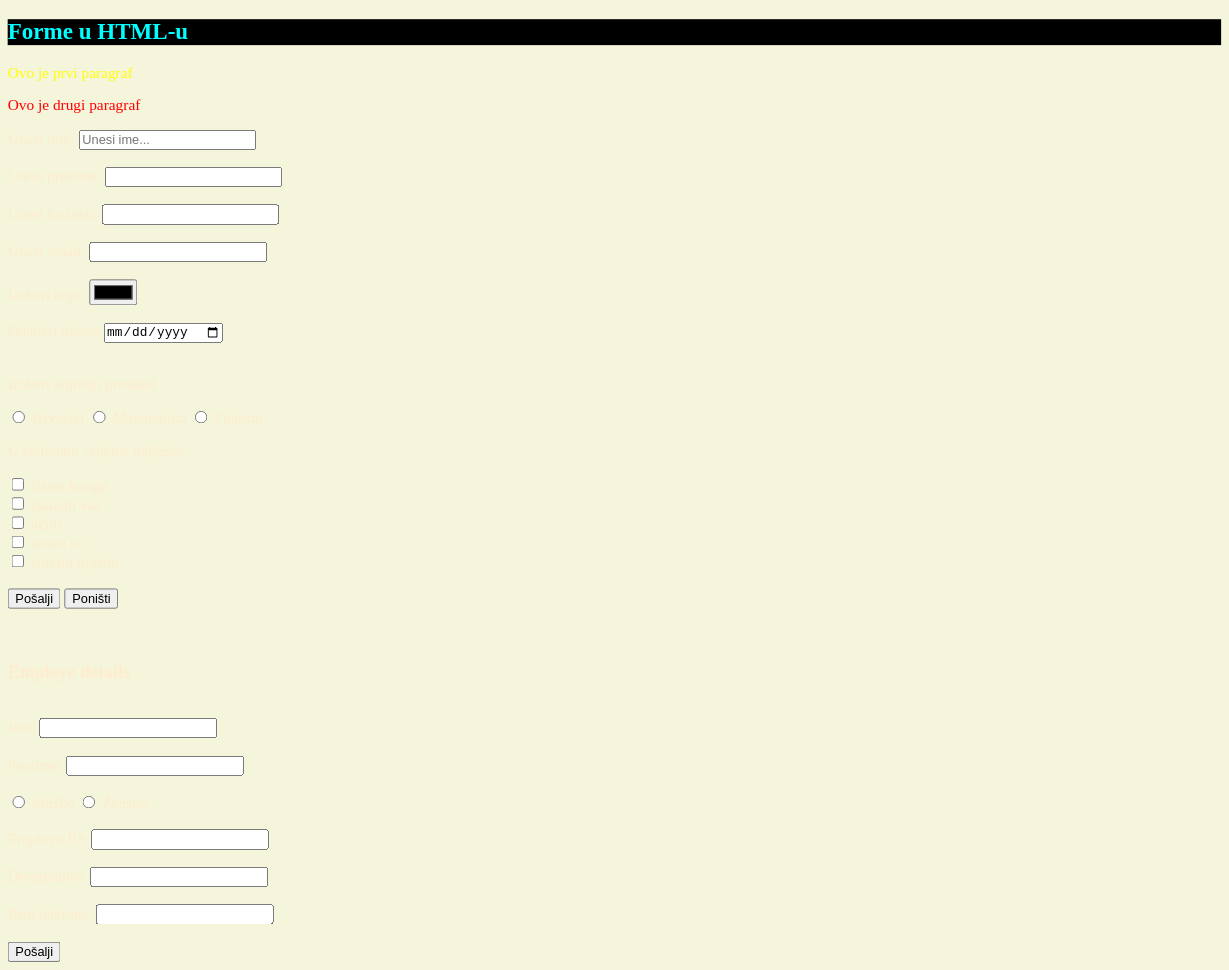
Repository: larabiondic/wp_biondic_lara
Page: forme/forme.html
An editor plug-in stored every save of this project. The page is shown before and after the next save, followed by the edit.
The browser window is 1280 px wide. The pictures show the whole page, at 96% of full size.

Above is the page before, as saved 2025-11-10 12:51:20.

After the next save:
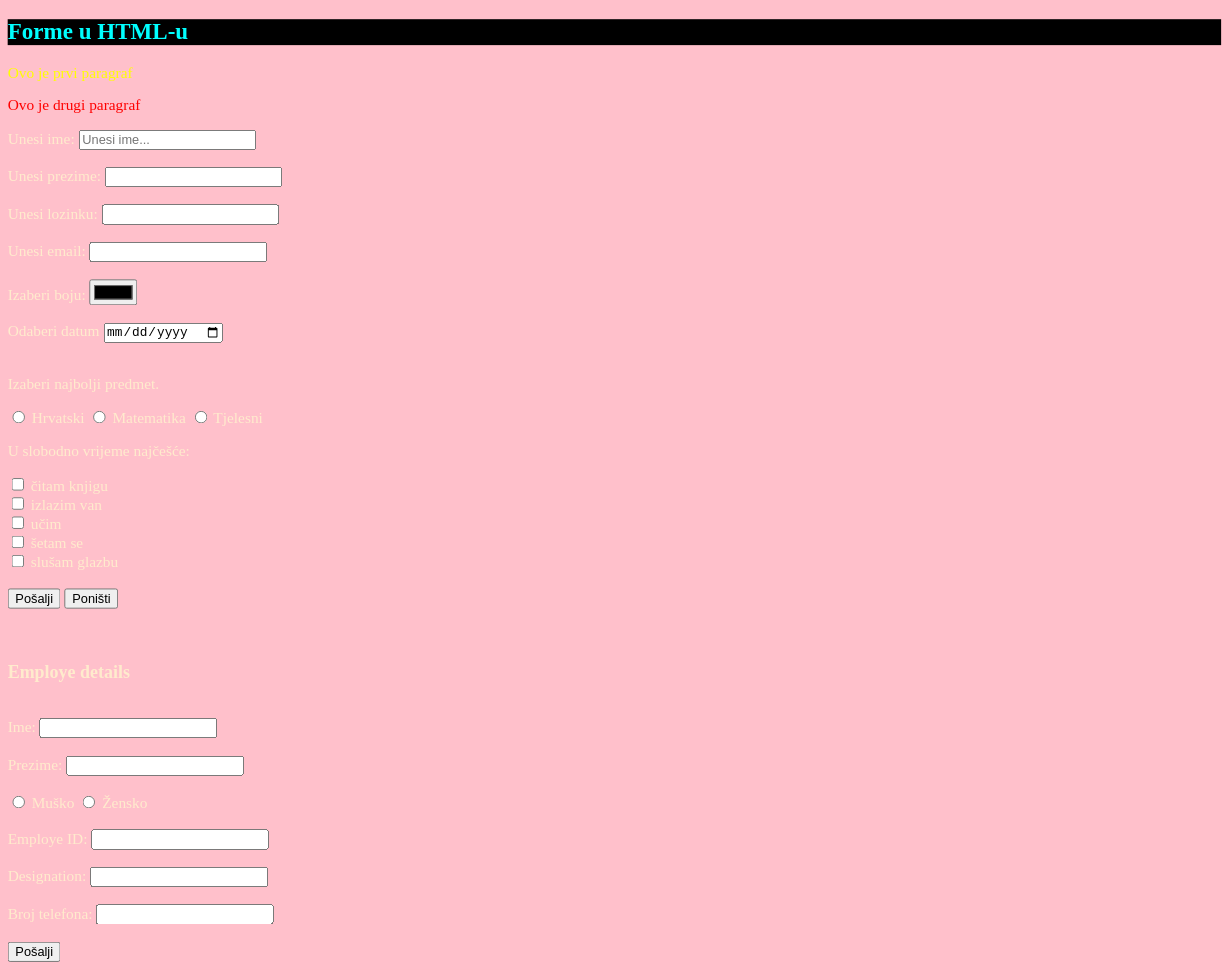
Saved 20 s later.
--- a/STYLE.CSS
+++ b/STYLE.CSS
@@ -1,7 +1,7 @@
 
 h2
  {color: aqua; background-color: black;}
- body { color: blanchedalmond; background-color: beige;}
+ body { color: blanchedalmond; background-color: pink;}
 
 
  /* pristup preko ID-a */

After the save that followed:
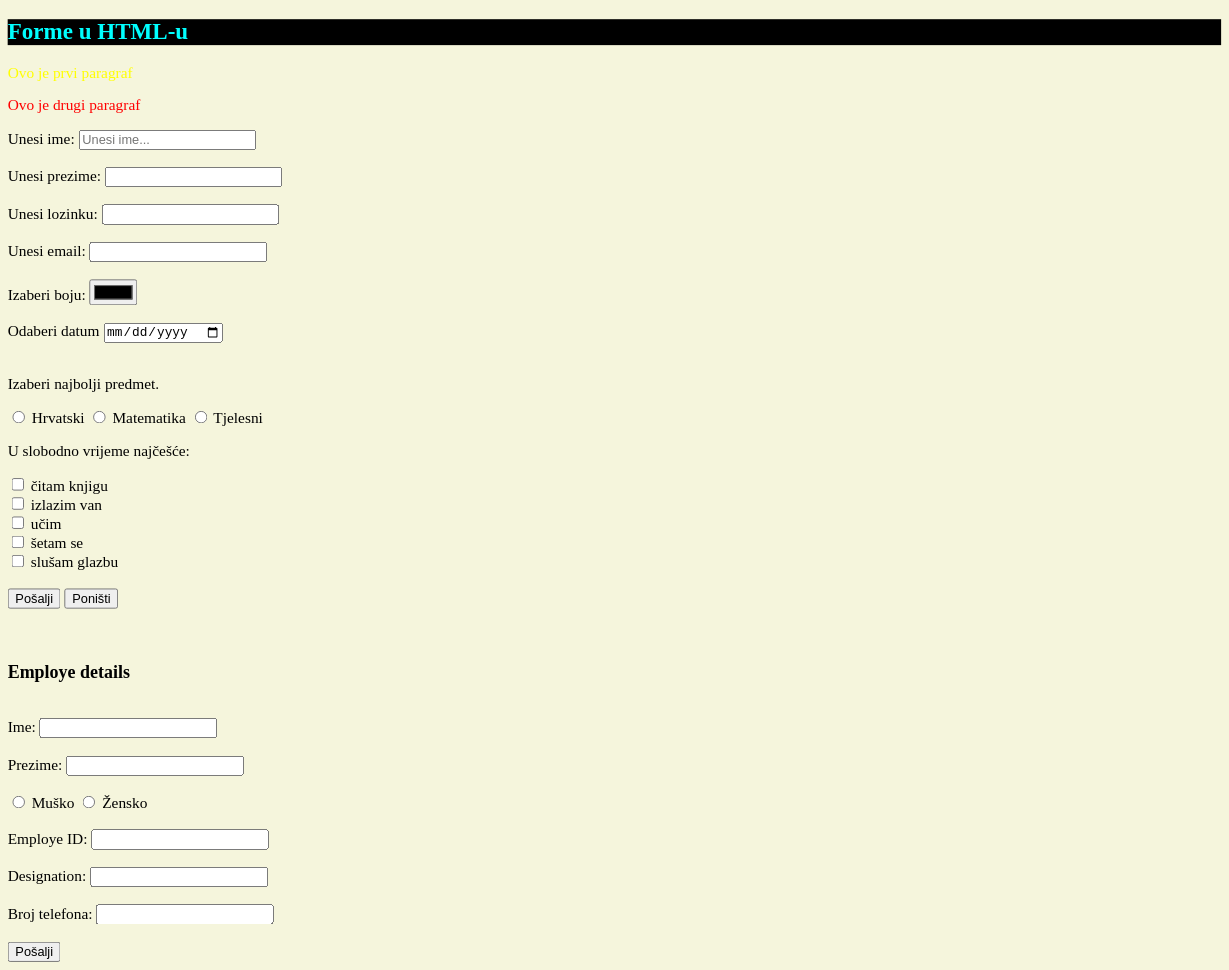
Saved 40 s later.
--- a/STYLE.CSS
+++ b/STYLE.CSS
@@ -1,7 +1,7 @@
 
 h2
  {color: aqua; background-color: black;}
- body { color: blanchedalmond; background-color: pink;}
+ body { color: black; background-color: beige;}
 
 
  /* pristup preko ID-a */
